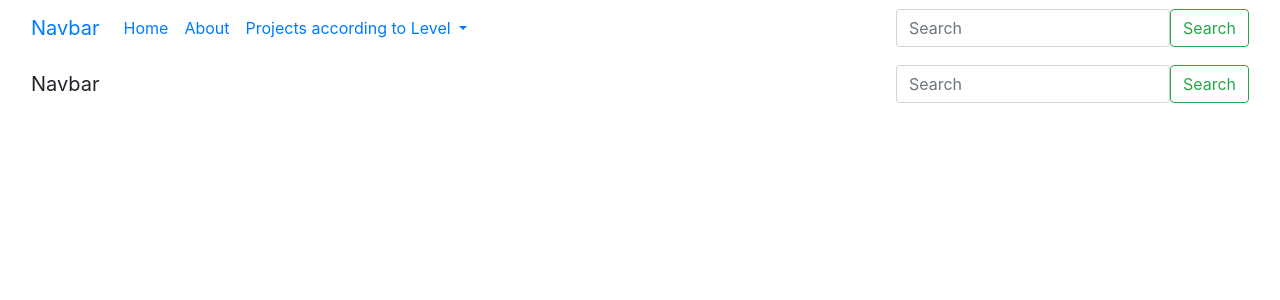
Repository: VictoriousMango/100-Python-Project
Page: index.html
An editor plug-in stored every save of this project. The page is shown before and after the next save, followed by the edit.
The browser window is 1280 px wide. The pictures show the whole page.
Some web libraries are served in a nearby version.

Above is the page before, as saved 2024-05-18 00:57:47.

After the next save:
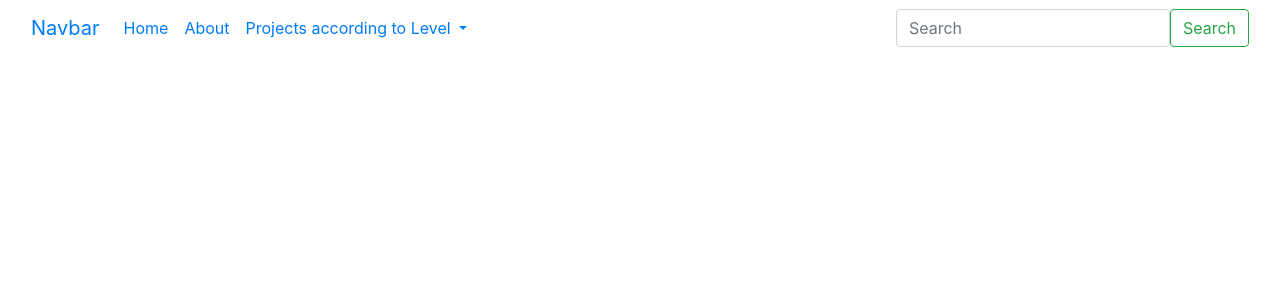
Saved 8 s later.
--- a/index.html
+++ b/index.html
@@ -47,16 +47,6 @@
       </div>
     </nav>
 
-    <nav class="navbar bg-body-tertiary">
-      <div class="container-fluid">
-        <a class="navbar-brand">Navbar</a>
-        <form class="d-flex" role="search">
-          <input class="form-control me-2" type="search" placeholder="Search" aria-label="Search">
-          <button class="btn btn-outline-success" type="submit">Search</button>
-        </form>
-      </div>
-    </nav>
-
     <!-- Optional JavaScript -->
     <!-- jQuery first, then Popper.js, then Bootstrap JS -->
     <script src="https://code.jquery.com/jquery-3.2.1.slim.min.js" integrity="sha384-KJ3o2DKtIkvYIK3UENzmM7KCkRr/rE9/Qpg6aAZGJwFDMVNA/GpGFF93hXpG5KkN" crossorigin="anonymous"></script>
